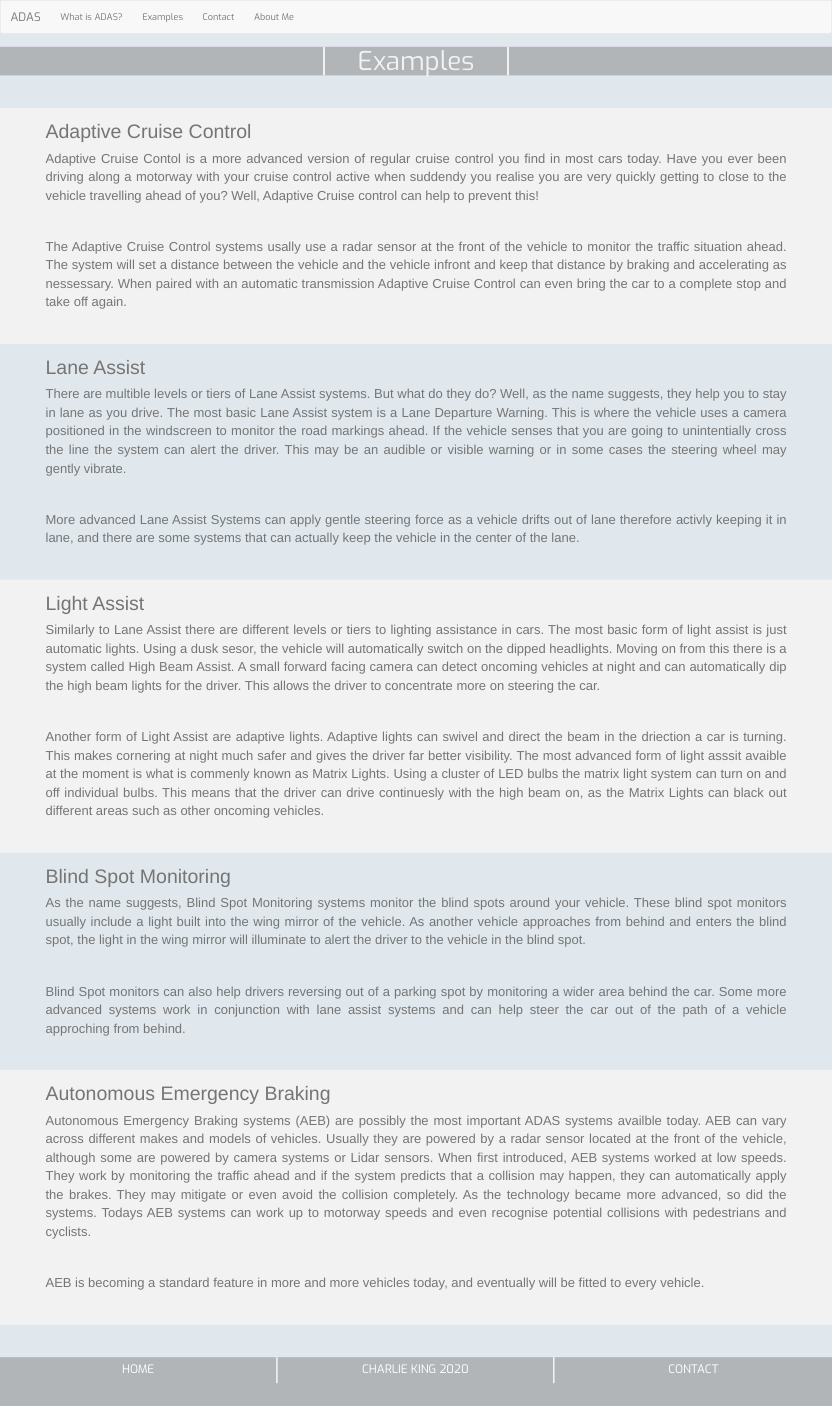
Repository: Cha-K28/First-Milestone-Project
Page: examples.html
The author's editor kept a record of every edit. The page is drawn from the files as they stood at one moment, then again after the next edit.
The browser window is 1280 px wide. The pictures show the whole page, at 65% of full size.

Above is the page before.

After the next edit:
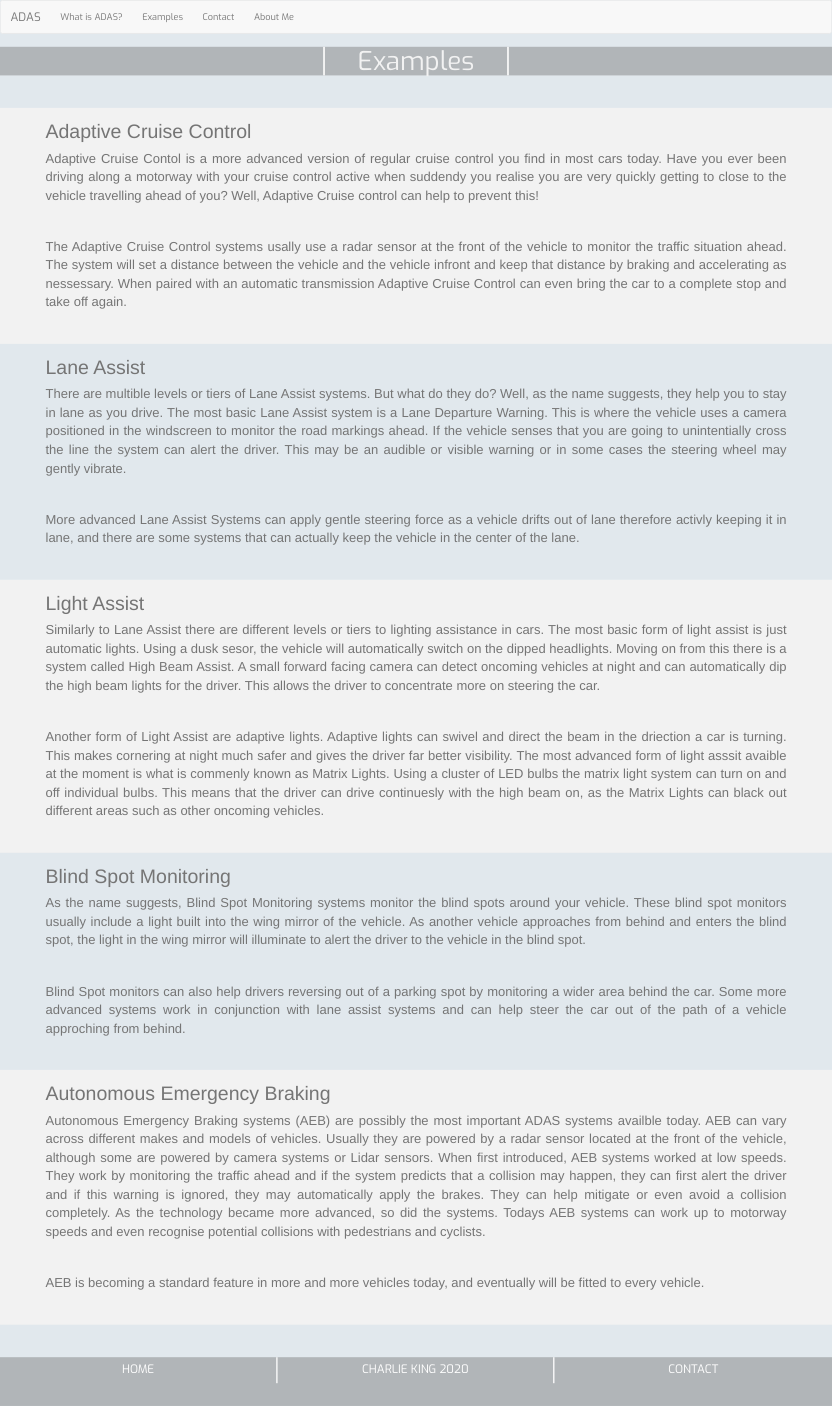
The edit:
--- a/examples.html
+++ b/examples.html
@@ -128,8 +128,8 @@
             <h2>Autonomous Emergency Braking</h2>
             <p>
                 Autonomous Emergency Braking systems (AEB) are possibly the most important ADAS systems availble today. AEB can vary across different makes and models of vehicles. Usually they are powered by a radar sensor located at the front of the vehicle, although
-                some are powered by camera systems or Lidar sensors. When first introduced, AEB systems worked at low speeds. They work by monitoring the traffic ahead and if the system predicts that a collision may happen, they can automatically apply
-                the brakes. They may mitigate or even avoid the collision completely. As the technology became more advanced, so did the systems. Todays AEB systems can work up to motorway speeds and even recognise potential collisions with pedestrians
+                some are powered by camera systems or Lidar sensors. When first introduced, AEB systems worked at low speeds. They work by monitoring the traffic ahead and if the system predicts that a collision may happen, they can first alert the driver and if this
+                warning is ignored, they may automatically apply the brakes. They can help mitigate or even avoid a collision completely. As the technology became more advanced, so did the systems. Todays AEB systems can work up to motorway speeds and even recognise potential collisions with pedestrians
                 and cyclists.
             </p>
             <p>
